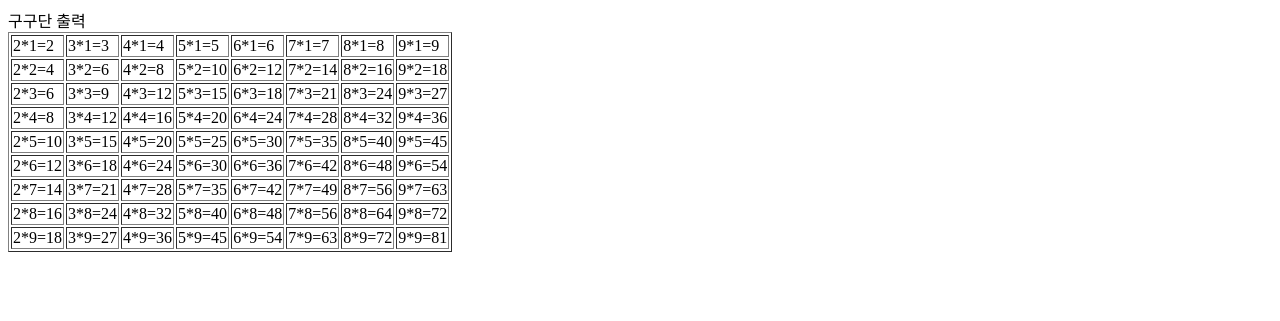
Repository: tngus3580/tngus3580
Page: http://localhost/20201109/ex0501.jsp
These files come from the project's save history. The page is drawn as it stood at one moment and after the next save; the edit follows.
The browser window is 1280 px wide. The pictures show the whole page.
The page is served by Tomcat 9.

Above is the page before, as saved 2020-11-09 02:27:16.

### 20201109/WebContent/ex0501.jsp
<%@ page language="java" contentType="text/html; charset=UTF-8"
    pageEncoding="UTF-8"%>
<!DOCTYPE html>
<html>
<head>
<meta charset="UTF-8">
<title>Insert title here</title>
</head>
<body>
구구단 출력
<table border="1">
	<%
		for(int j = 1; j< 10; j++){
			out.println("<tr>");
			for(int i=2; i<10; i++){
				out.println("<td>"+i+"*"+j+"="+(j*i)+"</td>");
			}
			out.println("</tr>");
		}
	%>
</table>
</body>
</html>

After the next save:
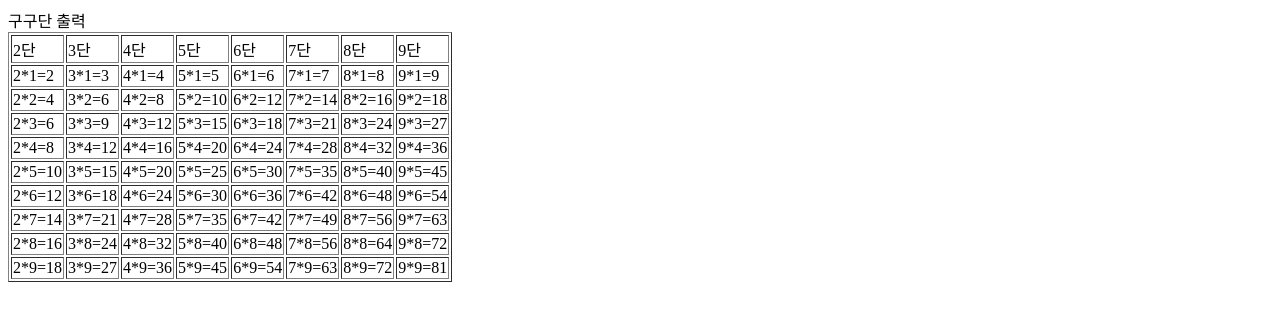
Saved 2 min 53 s later.
--- a/20201109/WebContent/ex0501.jsp
+++ b/20201109/WebContent/ex0501.jsp
@@ -9,6 +9,9 @@
 <body>
 구구단 출력
 <table border="1">
+	<tr>
+		<td>2단</td><td>3단</td><td>4단</td><td>5단</td>
+		<td>6단</td><td>7단</td><td>8단</td><td>9단</td>
 	<%
 		for(int j = 1; j< 10; j++){
 			out.println("<tr>");
